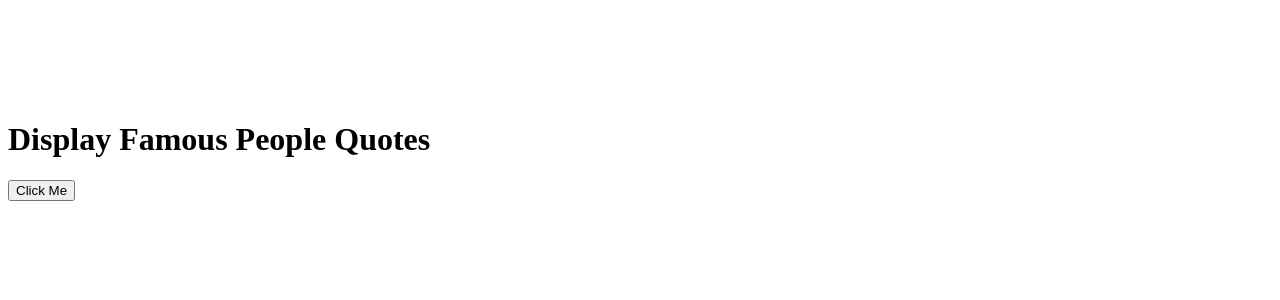
Repository: NiutaR/quotes-dom
Page: index.html
An editor plug-in stored every save of this project. The page is shown before and after the next save, followed by the edit.
The browser window is 1280 px wide. The pictures show the whole page.

Above is the page before, as saved 2021-07-20 17:34:28.

### index.html
<!DOCTYPE html>
<html lang="en">
<head>
    <meta charset="UTF-8">
    <meta http-equiv="X-UA-Compatible" content="IE=edge">
    <meta name="viewport" content="width=device-width, initial-scale=1.0">
    <title> Display Famous People Quotes</title>
</head>
<body>
    <div id="container">
        <h1>Display Famous People Quotes</h1>
        <button id="btnId">Click Me</button>
    </div>
    <script src="index.js"></script>
</body>
</html>

### index.js
//document.getElementById('container').style.position = 'absolute';

//Add some Css using Dom manipulation
const divEl = document.getElementById('container');
divEl.style.position = 'absolute';
divEl.style.width = '50%';
divEl.style.margin = '0 auto';
divEl.style.top = '100px';

/*const btn = document.createElement('button');
const node = document.createTextNode('Click me');
btn.appendChild(node);
btn.id = 'btnId';
const element = document.getElementById('div1');
element.appendChild(btn);

element.style.textAlign = 'center';*/

After the next save:
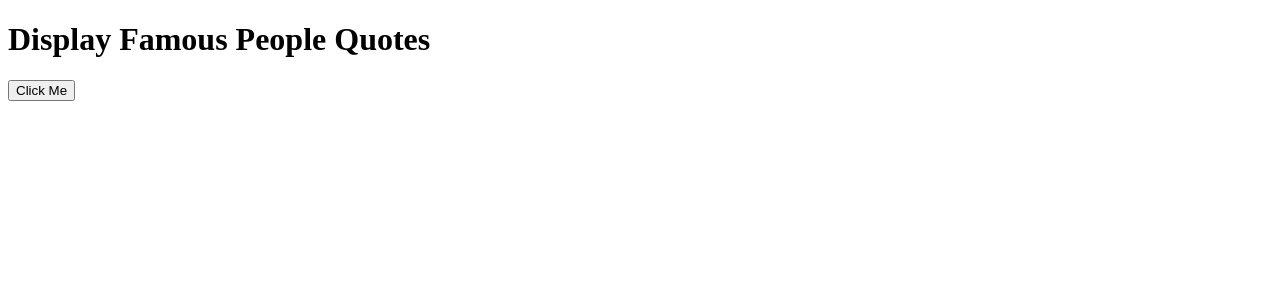
Saved 17 s later.
--- a/index.js
+++ b/index.js
@@ -2,7 +2,7 @@
 
 //Add some Css using Dom manipulation
 const divEl = document.getElementById('container');
-divEl.style.position = 'absolute';
+/*divEl.style.position = 'absolute';
 divEl.style.width = '50%';
 divEl.style.margin = '0 auto';
 divEl.style.top = '100px';
